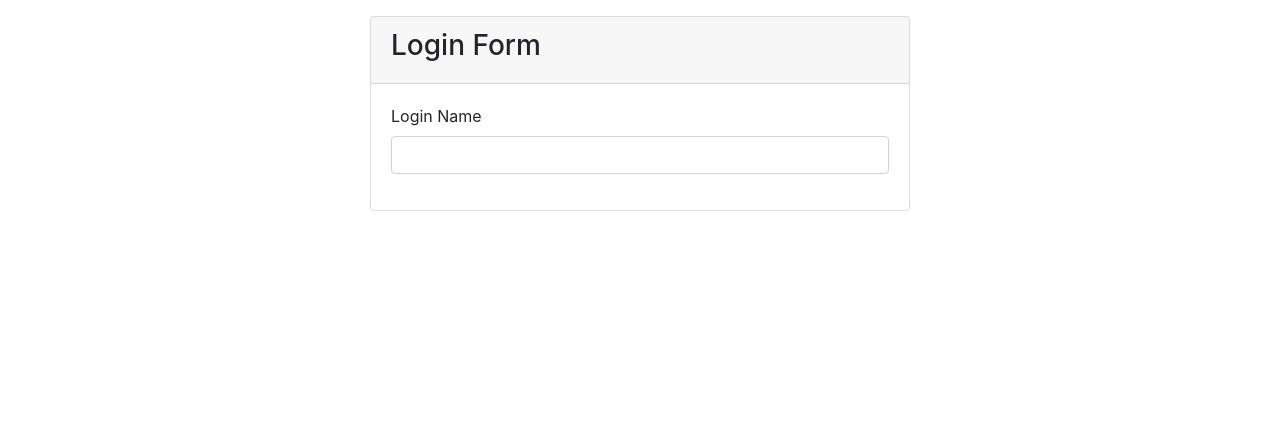
Repository: pyaephyotint22/Maven-Student-Course
Page: http://localhost/02-helloo-servlet/
An editor plug-in stored every save of this project. The page is shown before and after the next save, followed by the edit.
The browser window is 1280 px wide. The pictures show the whole page.
The page is served by Tomcat 9. Other server files are loaded and not shown.

Above is the page before, as saved 2020-12-15 05:43:55.

### 02-helloo-servlet/src/main/webapp/index.jsp
<%@page import="java.time.LocalDate"%>
<%@ page language="java" contentType="text/html; charset=ISO-8859-1"
    pageEncoding="ISO-8859-1"%>
<!DOCTYPE html>
<html>
<head>
<meta charset="ISO-8859-1">
<title>Login</title>
<link href="./common/css/bootstrap.min.css" rel="stylesheet" type="text/css"/>
<script type="text/javascript" src="./common/js/jquery.min.js"></script>
<script type="text/javascript" src="./common/js/bootstrap.min.js"></script>
</head>
<body>
<div class="container">
	<div class="row mt-3">
	  <div class="col-6 offset-3">
	  	 <div class="card">
	        <div class="card-header">
	           <h3>Login Form</h3>
	       </div>
		<div class="card-body">
			<form action="login" class="form">
				<div class="form-group">
				<label for="">Login Name</label>
				<input type="text" name="uname" class="form-control"/>
				</div>
			</form>
		</div>
	</div>

	  </div>
	</div>
</div>
</body>
</html>

Loaded but not shown: 02-helloo-servlet/src/main/webapp/common/css/bootstrap.min.css (library); 02-helloo-servlet/src/main/webapp/common/js/jquery.min.js (library); 02-helloo-servlet/src/main/webapp/common/js/bootstrap.min.js (library)

After the next save:
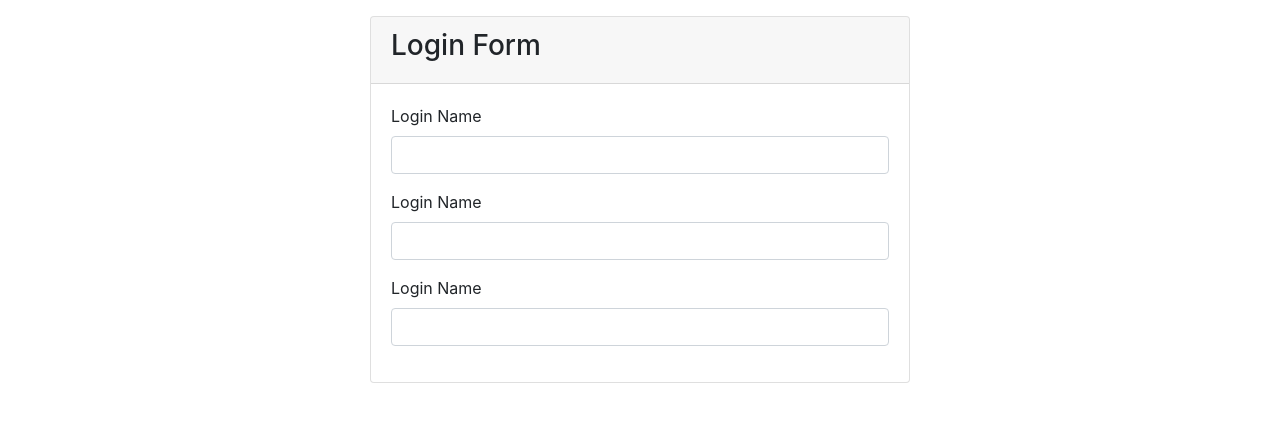
Saved 2 min 12 s later.
--- a/02-helloo-servlet/src/main/webapp/index.jsp
+++ b/02-helloo-servlet/src/main/webapp/index.jsp
@@ -24,6 +24,14 @@
 				<label for="">Login Name</label>
 				<input type="text" name="uname" class="form-control"/>
 				</div>
+				<div class="form-group">
+				<label for="">Login Name</label>
+				<input type="text" name="uname" class="form-control"/>
+				</div>
+				<div class="form-group">
+				<label for="">Login Name</label>
+				<input type="text" name="uname" class="form-control"/>
+				</div>
 			</form>
 		</div>
 	</div>
